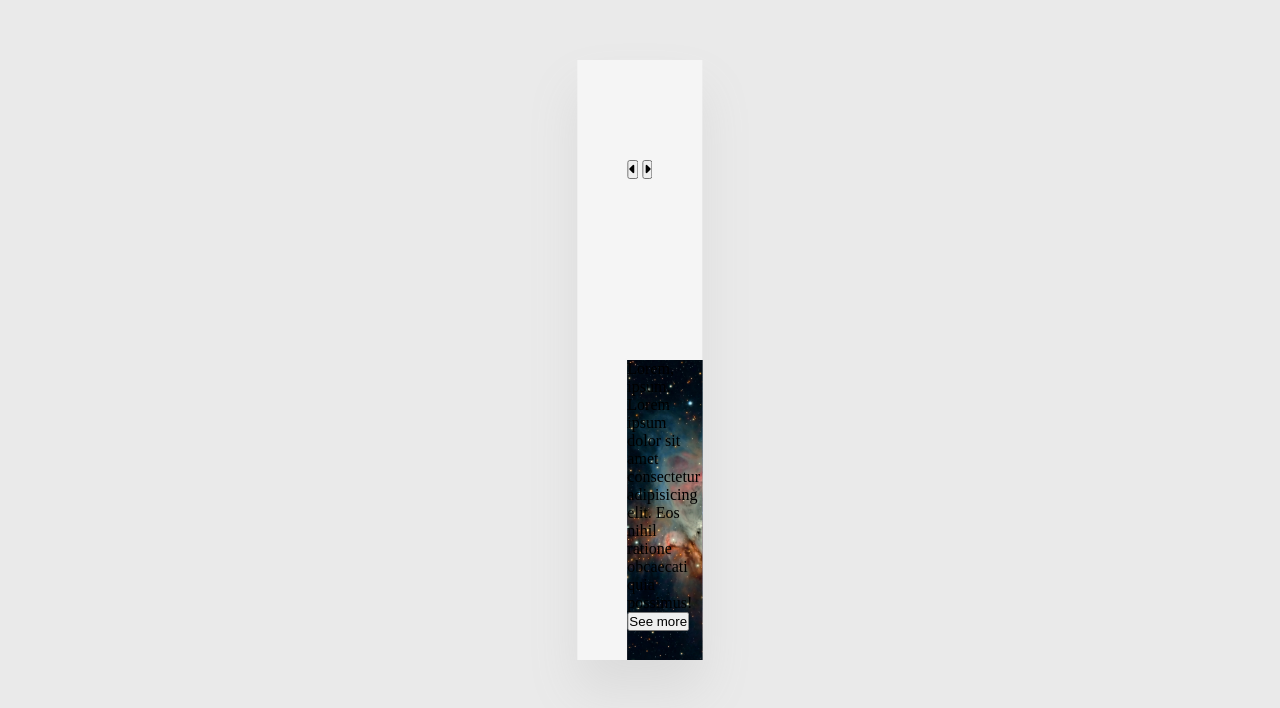
Repository: zeinawady/-Image-Slider-Project
Page: index.html
These files come from the project's save history. The page is drawn as it stood at one moment and after a run of saves; the edit follows.
The browser window is 1280 px wide. The pictures show the whole page.
Pictures or frames that could not be fetched are drawn as grey boxes.

Above is the page before, as saved 2024-09-19 16:23:21.

After the next 2 saves:
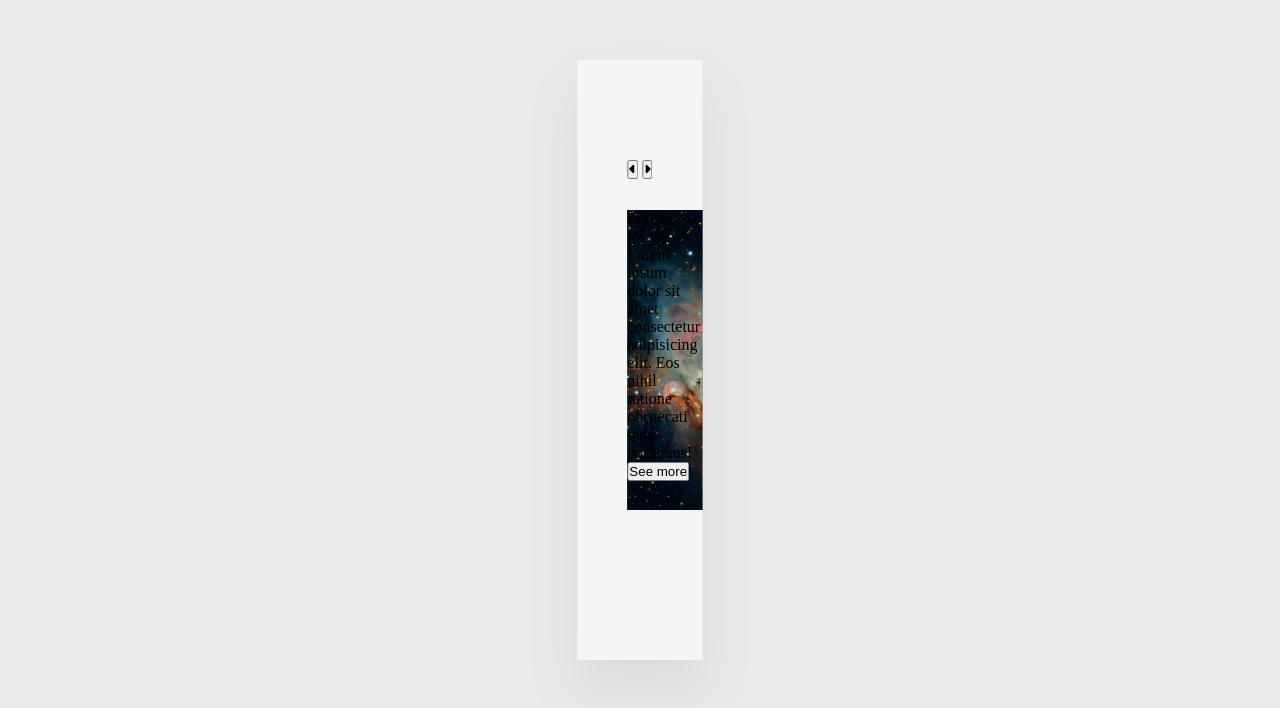
The 2 saves are shown as one change because they came seconds apart.
The last was saved 6 s later.
--- a/css/style.css
+++ b/css/style.css
@@ -49,5 +49,5 @@ body{
     position: absolute;
     z-index: 1;
     top: 50%;
-    transform: translate();
+    transform: translate(0, -50%);
 }
